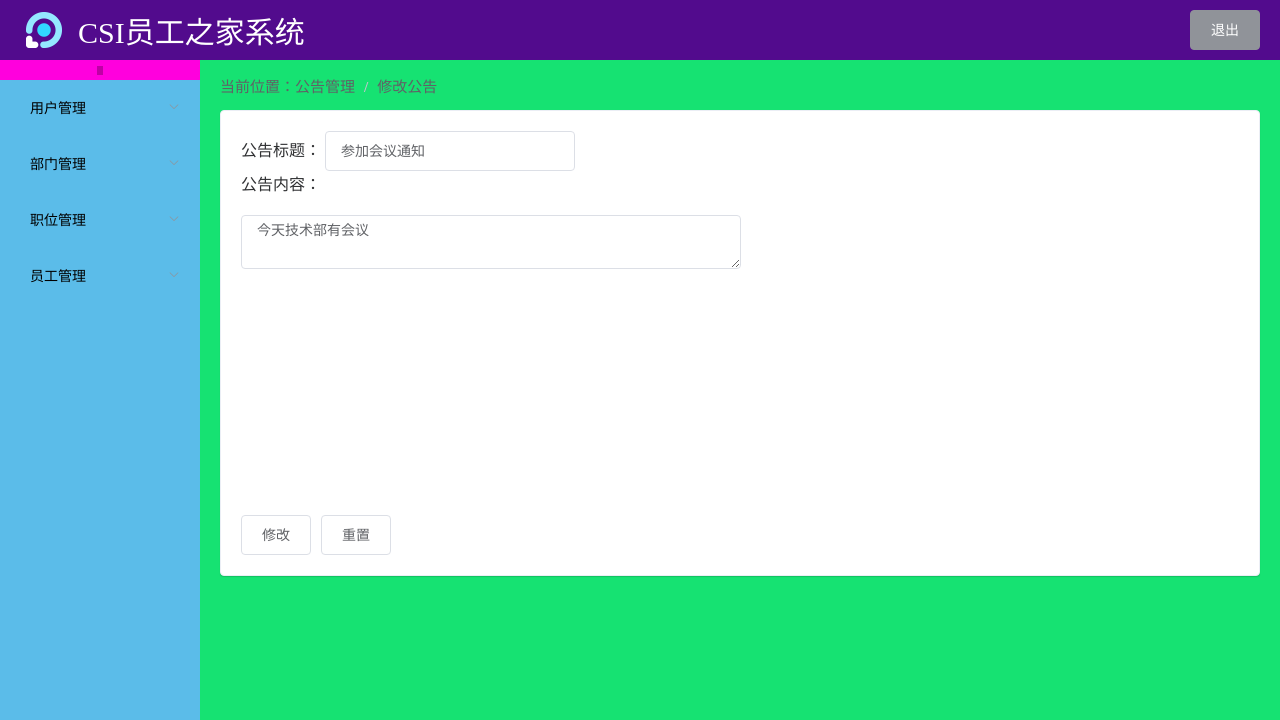
Repository: YUNjwyao/vue_hrm
Page: /#/updateNotice
These files come from the project's save history. The page is drawn as it stood at one moment and after the next save; the edit follows.
The browser window is 1280 px wide. The pictures show the whole page.
The project was rebuilt for these pictures with package versions that can differ from the ones it lists, and the page was loaded fresh each time. Also part of the build but not shown: src/components/Login.vue, src/components/Face/Face.vue, src/components/Employee/EmployeeQuery.vue, src/components/Employee/ShowAddEmployee.vue, src/components/Employee/ShowUpdateEmployee.vue, src/components/Notice/Notice.vue, src/components/Notice/ShowAddNotice.vue, src/components/Document/Document.vue and 2 more.

Above is the page before, as saved 2020-10-16 10:04:18.

### src/main.js
import Vue from 'vue'
import App from './App.vue'
import router from './router'
import store from './store'
import './plugins/element.js'
import './assets/css/global.css'

import axios from 'axios'
// 配置请求的根路径
axios.defaults.baseURL = 'http://127.0.0.1:8888/api/private/v1/'
// 通过axios 请求拦截器添加token,保证拥有获取数据的权限
axios.interceptors.request.use (config => {
  //为请求头对象，添加Token验证的Authorization字段
  config.headers.Authorization = window.sessionStorage.getItem('token')
  return config
})
Vue.prototype.$http = axios

Vue.config.productionTip = false

new Vue({
  router,
  store,
  render: h => h(App)
}).$mount('#app')

### src/App.vue
<template>
  <div id="app">
     <!-- 路由占位符 -->
     <router-view></router-view>
  </div>
</template>

<script>

export default {

}
</script>

<style lang="less" scoped>

</style>

### src/router/index.js
import Vue from "vue";
import VueRouter from "vue-router";
import Login from "../components/Login.vue"
import Face from "../components/Face/Face.vue"
import Home from "../components/Home.vue"

import EmployeeQuery from "../components/Employee/EmployeeQuery.vue";
import ShowAddEmployee from "../components/Employee/ShowAddEmployee.vue";
import ShowUpdateEmployee from "../components/Employee/ShowUpdateEmployee.vue";
import Notice from "../components/Notice/Notice.vue";
import UpdateNotice from "../components/Notice/ShowUpdateNotice.vue";
import AddNotice from "../components/Notice/ShowAddNotice.vue";
import Document from "../components/Document/Document.vue";
import UpdateDocument from "../components/Document/ShowUpdateDocument.vue";
import AddDocument from "../components/Document/ShowAddDocument.vue";

Vue.use(VueRouter);

const routes = [
  { path: "/", redirect: "/login" },
  {
    path: '/login',component: Login
  },
  {
    path: '/home',
    component: Home,
    children: [
  {
    path: '/face',component: Face
  },
  {
    path: "/employee",
    component: EmployeeQuery,
  },
  {
    path: "/addEmployee",
    component: ShowAddEmployee,
  },
  {
    path: "/updateEmployee",
    component: ShowUpdateEmployee,
  },
  {
    path: "/notice",
    component: Notice,
  },
  {
    path: "/updateNotice",
    component: UpdateNotice,
  },
  {
    path: "/addNotice",
    component: AddNotice,
  },
  {
    path: "/document",
    component: Document,
  },
  {
    path: "/updateDocument",
    component: UpdateDocument,
  },
  {
    path: "/addDocument",
    component: AddDocument,
  }]
  }
];

const router = new VueRouter({
  routes,
});

export default router;

### src/plugins/element.js
import Vue from 'vue'
import {
    Button,
    Breadcrumb,
    BreadcrumbItem,
    Card,
    Select,
    Option,
    Input,
    Row,
    Table,
    TableColumn,
    Pagination,
    Form,
    FormItem,
    Container,
    Header,
    Aside,
    Menu,
    Submenu,
    MenuItem,
    Main
} from 'element-ui'


Vue.use(Button)
Vue.use(Breadcrumb)
Vue.use(BreadcrumbItem)
Vue.use(Card)
Vue.use(Select)
Vue.use(Option)
Vue.use(Input)
Vue.use(Row)
Vue.use(Table)
Vue.use(TableColumn)
Vue.use(Pagination)
Vue.use(Form)
Vue.use(FormItem)
Vue.use(Container)
Vue.use(Header)
Vue.use(Aside)
Vue.use(Menu)
Vue.use(Submenu)
Vue.use(MenuItem)
Vue.use(Main)

### src/assets/css/global.css
/* 全局样式表 */
html,
body,
#app {
    height: 100%;
    margin: 0;
    padding: 0;
}
.el-breadcrumb {
    margin-bottom: 15px;
    font-size: 15px;
}
.el-card {
    box-shadow: 0 1px 1px rgba(0, 0, 0, 0.15) !important;
}
.el-table {
    margin-bottom: 15px;
    font-size: 12px;
    margin-top: 15px;
}
.el-steps {
    margin: 15px 0;
}
.el-step__title {
    font-size: 13px;
}
.el-cascader-panel {
    height: 200px
}
.ql-editor {
    min-height: 300px;
 }

### src/components/Home.vue
<template>
 <!-- 整个页面区域 -->
  <el-container>
      <!-- 页面标题 -->
  <el-header>
      <div>
          <img src="../assets/images/icon.png" alt="">
          <span>CSI员工之家系统</span>
      </div>
      <el-button type="info" @click="logout">退出</el-button>
  </el-header>
  <!-- 页面主体部分 -->
  <el-container>
    <el-aside :width="isCollapse? '64px' : '200px'">
        <div class="collapse" @click="toggleCollapse">|||</div>
        <!-- 侧边栏菜单区域 -->
       <el-menu
      background-color="rgb(91, 188, 233)"
      text-color="#000"
      active-text-color="#409bff"
      :unique-opened="true"
      :collapse="isCollapse"
      :collapse-transition="false"
      router
      :default-active="activePath">
      <!-- 一级菜单 -->
      <el-submenu :index="item.id+''" v-for="item in menulist" :key="item.id">
          <!-- 一级菜单模板区域 -->
        <template slot="title">
            <!-- 图标 -->
          <i :class="iconsObj[item.id]"></i>
             <!-- 文本 -->
          <span>{{ item.authName }}</span>
        </template>
        <!-- 二级菜单 -->
        <el-menu-item
        :index="'/'+subItem.path"
        v-for="subItem in item.children"
        :key='subItem.id'
        @click="savNavState('/'+subItem.path)">
            <template slot="title">
            <!-- 图标 -->
          <i class="el-icon-menu"></i>
             <!-- 文本 -->
          <span>{{ subItem.authName }}</span>
        </template>
        </el-menu-item>
      </el-submenu>
    </el-menu>
    </el-aside>
    <el-main>
        <router-view></router-view>
    </el-main>
  </el-container>
</el-container>

</template>

<script>
export default {
    data () {
        return {
            // 左侧菜单数据
            menulist: [
                {
            "id": 101,
            "authName": "用户管理",
            "path": null,
            "children": [
                {
                    "id": 104,
                    "authName": "用户查询",
                    "path": null,
                    "children": []
                },
                {
                    "id": 104,
                    "authName": "添加用户",
                    "path": null,
                    "children": []
                }
            ]
        },
         {
            "id": 101,
            "authName": "部门管理",
            "path": null,
            "children": [
                {
                    "id": 104,
                    "authName": "部门查询",
                    "path": null,
                    "children": []
                },
                {
                    "id": 104,
                    "authName": "添加部门",
                    "path": null,
                    "children": []
                }
            ]
        },
         {
            "id": 101,
            "authName": "职位管理",
            "path": null,
            "children": [
                {
                    "id": 104,
                    "authName": "职位查询",
                    "path": null,
                    "children": []
                },
                {
                    "id": 104,
                    "authName": "添加职位",
                    "path": null,
                    "children": []
                }
            ]
         },
          {
            "id": 101,
            "authName": "员工管理",
            "path": null,
            "children": [
                {
                    "id": 104,
                    "authName": "员工查询",
                    "path": null,
                    "children": []
                },
                {
                    "id": 104,
                    "authName": "添加员工",
                    "path": null,
                    "children": []
                }
            ]
        }
            ],
            // 自定义字体图标
            iconsObj: {
                '125': 'iconfont icon-user',
                '103': 'iconfont icon-tijikongjian',
                '101': 'iconfont icon-shangpin',
                '102': 'iconfont icon-danju',
                '145': 'iconfont baobiao'
            },
            // 是否折叠
            isCollapse: false,
            // 被激活的链接
            activePath: ''
        }
    },
    created () {
       this.getMenuList();
       this.activePath = window.sessionStorage.getItem('activePath');
    },
    methods: {
        // 自定义方法
        logout () {
            // 清空token
            window.sessionStorage.clear();
            // 编程式导航重定向
            this.$router.push('/login');
        },
       // 点击按钮折叠菜单栏
       toggleCollapse () {
         this.isCollapse = ! this.isCollapse;
       },
       //保存导航链接的激活状态
       savNavState (activePath) {
          window.sessionStorage.setItem('activePath',activePath);
          this.activePath = activePath;
       }
    }
}
</script>

<style lang="less" scoped>
.el-container {
    height: 100%;
}
.el-header {
    background-color: rgb(82, 11, 141);
    display: flex;
    justify-content: space-between;
    align-items: center;
    > div {
        display: flex;
        align-items: center;
        color: #fff;
        font-size: 30px;
        span {
            padding-left: 10px;
        }
    }
}
.el-aside {
    background-color: rgb(91, 188, 233);
    .el-menu {
        border-right: 0;
    }
}
.el-main {
    background-color: rgb(22, 226, 114);
}
.iconfont {
    margin-right: 10px;
}
.collapse {
    height: 20px;
    background-color: rgb(255, 0, 221);
    text-align: center;
    line-height: 20px;
    font-size: 10px;
}
</style>

### src/components/Notice/ShowUpdateNotice.vue
<template>
  <div>
    <!-- 面包屑导航 -->
    <el-breadcrumb separator="/">
      <el-breadcrumb-item>当前位置：公告管理</el-breadcrumb-item>
      <el-breadcrumb-item><a href="/">修改公告</a></el-breadcrumb-item>
    </el-breadcrumb>
    <!-- 卡片区域 -->
    <el-card>
		<el-row>
			<el-col :span="8">
				公告标题：
				<el-input value="参加会议通知"></el-input>
			</el-col>
		</el-row>
		公告内容：
		<el-row>
			<el-col :span="16">
				<el-input class="area" type="textarea" value="今天技术部有会议"></el-input>
			</el-col>
		</el-row>

			<el-button>修改</el-button>
			<el-button>重置</el-button>

	</el-card>
  </div>
</template>

<script>
export default {

}
</script>

<style lang="less" scoped>
.el-input{
	width: 250px;
}
.area{
	margin-top: 20px;
	width: 500px;
	height: 300px;
}
</style>

Loaded but not shown: public/index.html (common file); src/store/index.js (common file)

After the next save:
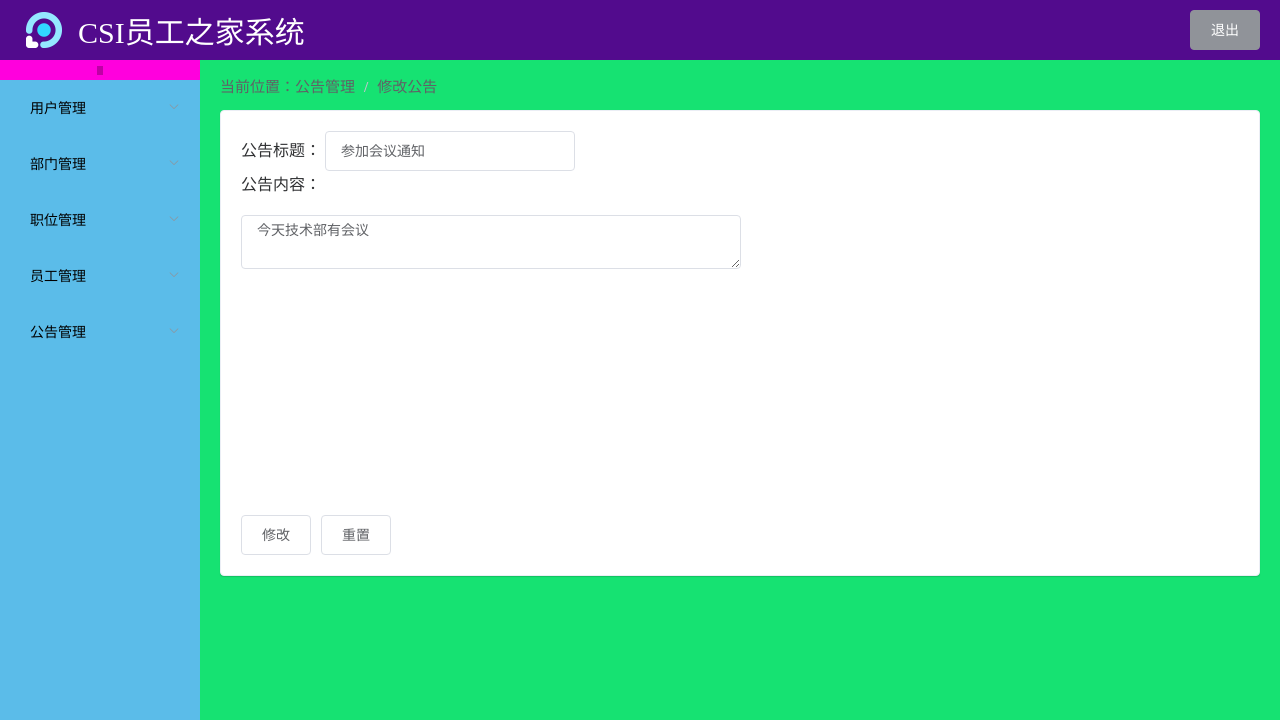
Saved 34 s later.
--- a/src/components/Home.vue
+++ b/src/components/Home.vue
@@ -137,6 +137,25 @@ export default {
                     "children": []
                 }
             ]
+        },
+         {
+            "id": 101,
+            "authName": "公告管理",
+            "path": null,
+            "children": [
+                {
+                    "id": 104,
+                    "authName": "公告查询",
+                    "path": null,
+                    "children": []
+                },
+                {
+                    "id": 104,
+                    "authName": "添加公告",
+                    "path": null,
+                    "children": []
+                }
+            ]
         }
             ],
             // 自定义字体图标
